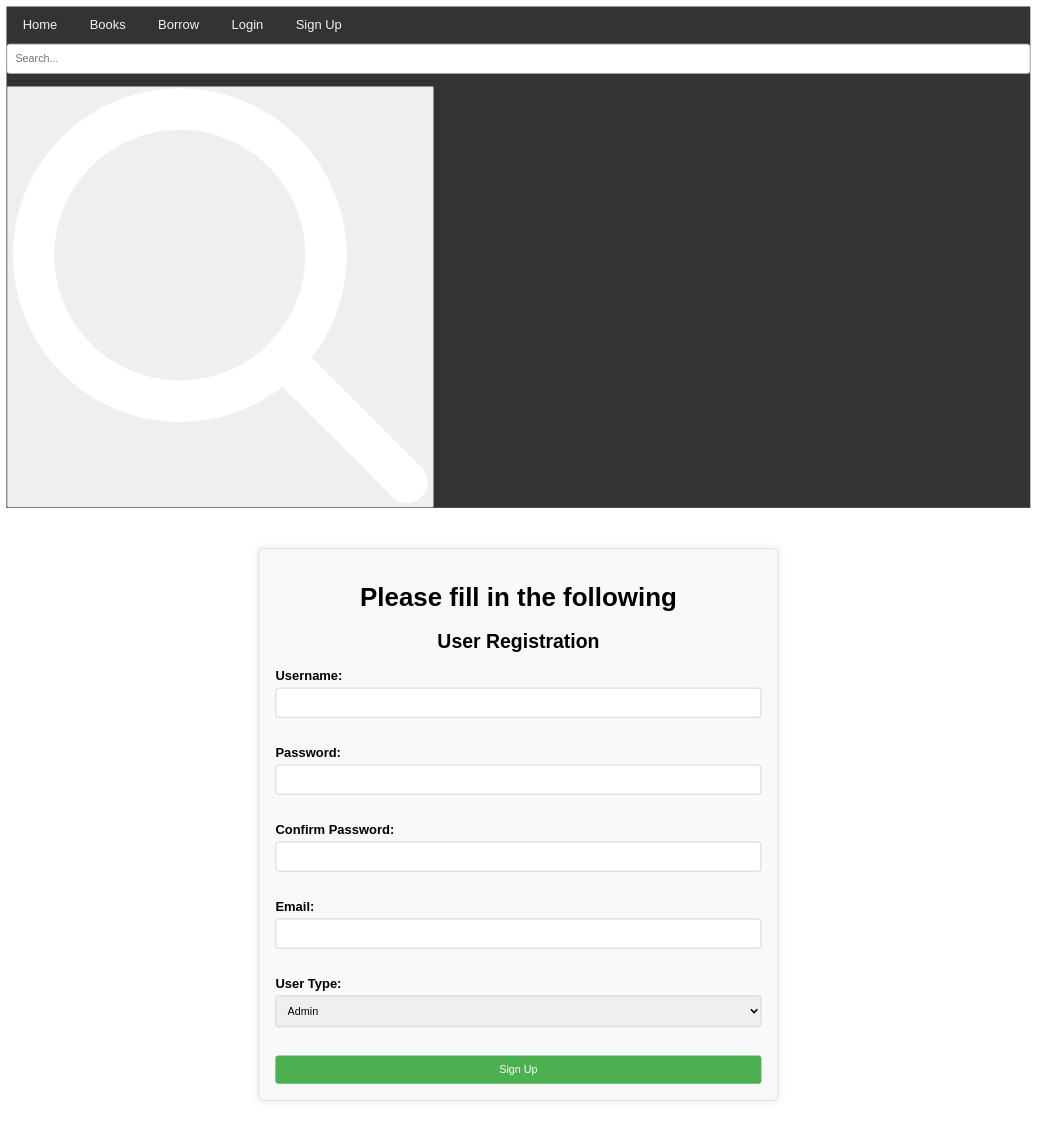
Repository: fadyesk12/Web-Technology-Course-Project
Page: auth/signup.html
The author's editor kept a copy of each file at every save. The page is drawn from the files as they stood at one save, then again after the next save.
The browser window is 1280 px wide. The pictures show the whole page, at 81% of full size.

Above is the page before, as saved 2024-04-19 02:38:52.

### auth/signup.html
<!DOCTYPE html>
<html>
<head>
  <title>User Registration</title>
  <link rel="stylesheet" href="../Styling/signup.css">
</head>
<body>


  <div id="navbar">
    <a href="../index.html">Home</a>
    <a href="../book_list.html">Books</a>
    <a href="../borrow.html">Borrow</a>
    <a href="../auth/login.html">Login</a>
    <a href="../auth/signup.html">Sign Up</a>
    <div class ="search">
      <form action="" method="get">
        <input type="text" placeholder="Search...">
        <button type="submit"><img src="./PICS/search.png"></button>
      </form>
    </div>
  </div>

  <div class="container">
    <h1>Please fill in the following</h1>
    <h2>User Registration</h2>

    <form>
      <div class="form-group">
        <label for="username">Username:</label>
        <input type="text" id="username" name="username" required>
      </div>
      <div class="form-group">
        <label for="password">Password:</label>
        <input type="password" id="password" name="password" required>
      </div>
      <div class="form-group">
        <label for="confirmPassword">Confirm Password:</label>
        <input type="password" id="confirmPassword" name="confirmPassword" required>
      </div>
      <div class="form-group">
        <label for="email">Email:</label>
        <input type="email" id="email" name="email" required>
      </div>
      <div class="form-group">
        <label for="usertype">User Type:</label>
        <select id="usertype" name="usertype" required>
            <option value="admin">Admin</option>
            <option value="user">User</option>
        </select>
      </div>
        <input type="submit" value="Sign Up">
    </form>
  </div>
</body>
</html>

### Styling/signup.css
#navbar {
    overflow: hidden;
    background-color: #333;
  }

  #navbar a {
    float: left;
    display: block;
    color: #f2f2f2;
    text-align: center;
    padding: 14px 20px;
    text-decoration: none;
  }

  #navbar a:hover {
    background-color: #ddd;
    color: black;
  }

  body {
    font-family: Arial, sans-serif;
  }

  .container {
    max-width: 600px;
    margin: 50px auto;
    padding: 20px;
    border: 1px solid #ddd;
    border-radius: 5px;
    background-color: #f9f9f9;
    box-shadow: 0 0 10px rgba(0, 0, 0, 0.1);
  }

  .form-group {
    margin-bottom: 20px;
  }

  label {
    display: block;
    font-weight: bold;
    margin-bottom: 5px;
  }

  h1, h2 {
    text-align: center;
  }

  form {
    margin-top: 20px;
  }


  input[type="text"],
  input[type="password"],
  input[type="email"],
  select {
    width: 100%;
    padding: 10px;
    margin-bottom: 15px;
    border: 1px solid #ccc;
    border-radius: 4px;
    box-sizing: border-box;
  }

  input[type="submit"] {
    width: 100%;
    background-color: #4CAF50;
    color: #fff;
    padding: 10px 20px;
    border: none;
    border-radius: 4px;
    cursor: pointer;
  }

  input[type="submit"]:hover {
    background-color: #45a049;
  }

After the next save:
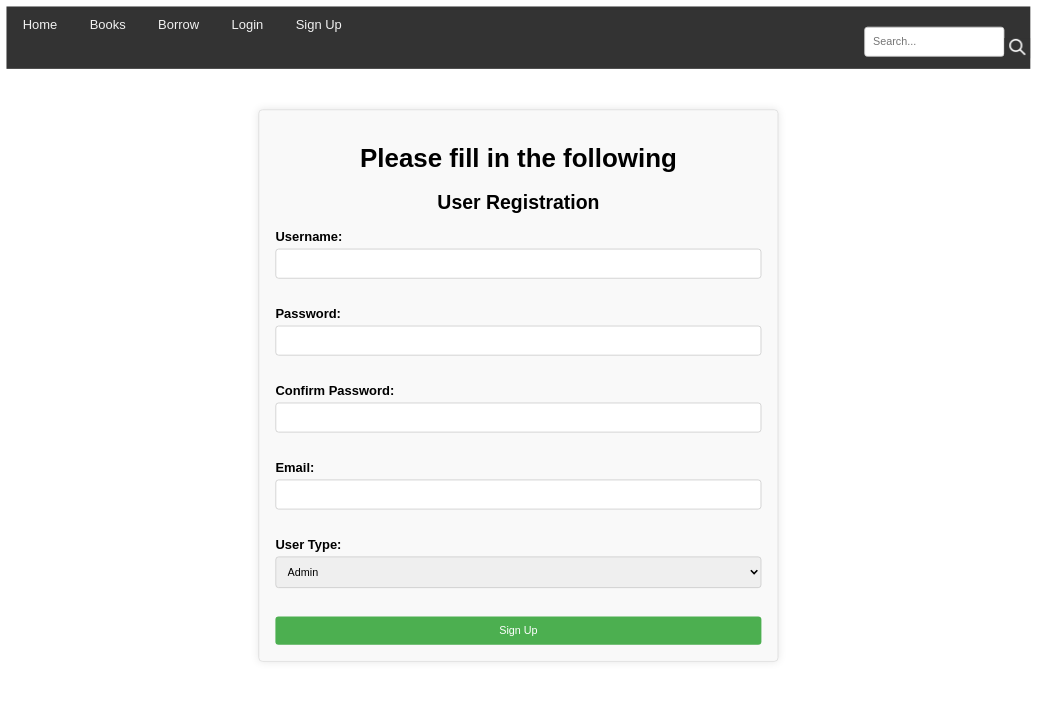
Saved 22 s later.
--- a/Styling/signup.css
+++ b/Styling/signup.css
@@ -75,3 +75,27 @@
   input[type="submit"]:hover {
     background-color: #45a049;
   }
+
+  .search{
+    margin-top: 5px;
+    float:right;
+    }
+
+   .search input{
+    width:75%;
+    }
+
+   .search img{
+    width: 20px;
+    }
+
+   .search button{
+    background-color: #333;
+    border: 0;
+    }
+
+    .search form{
+        display: flex;
+        align-items: center;
+        justify-content: right;
+      }
